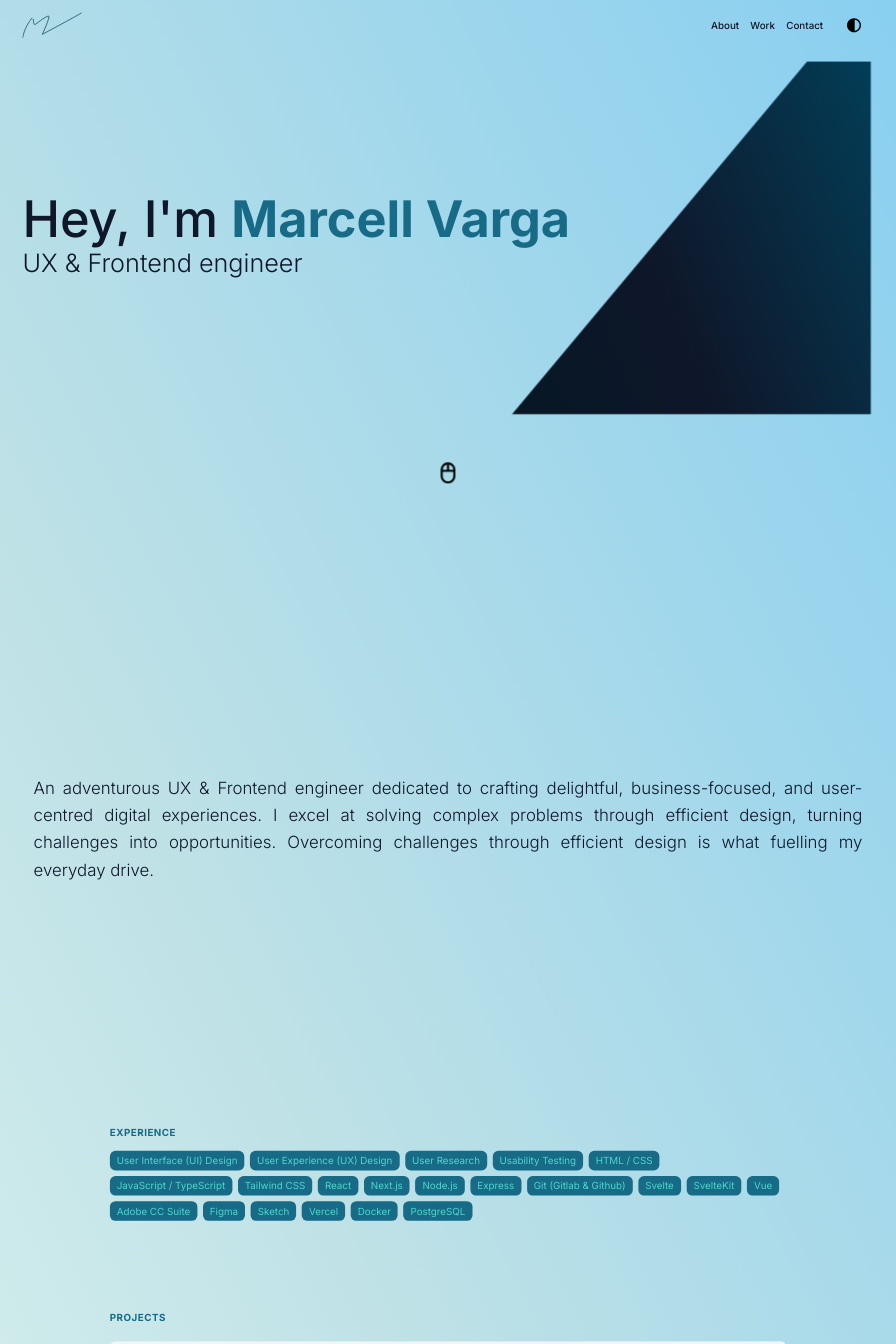
Repository: TheMarcellVarga/personal-portfolio-v.2
Page: /
These files come from the project's save history. The page is drawn as it stood at one moment and after a run of saves; the edit follows.
The browser window is 1280 px wide. The pictures show the part of the page from y = 0 to 1920 px (the page is 4294 px tall), at 70% of full size.
The project was rebuilt for these pictures with package versions that can differ from the ones it lists, and the page was loaded fresh each time. The framework's server and built-in components were replaced by stand-ins that run in the browser. Also part of the build but not shown: next.config.mjs.

Above is the page before, as saved 2024-07-19 00:34:51.

After the next 3 saves:
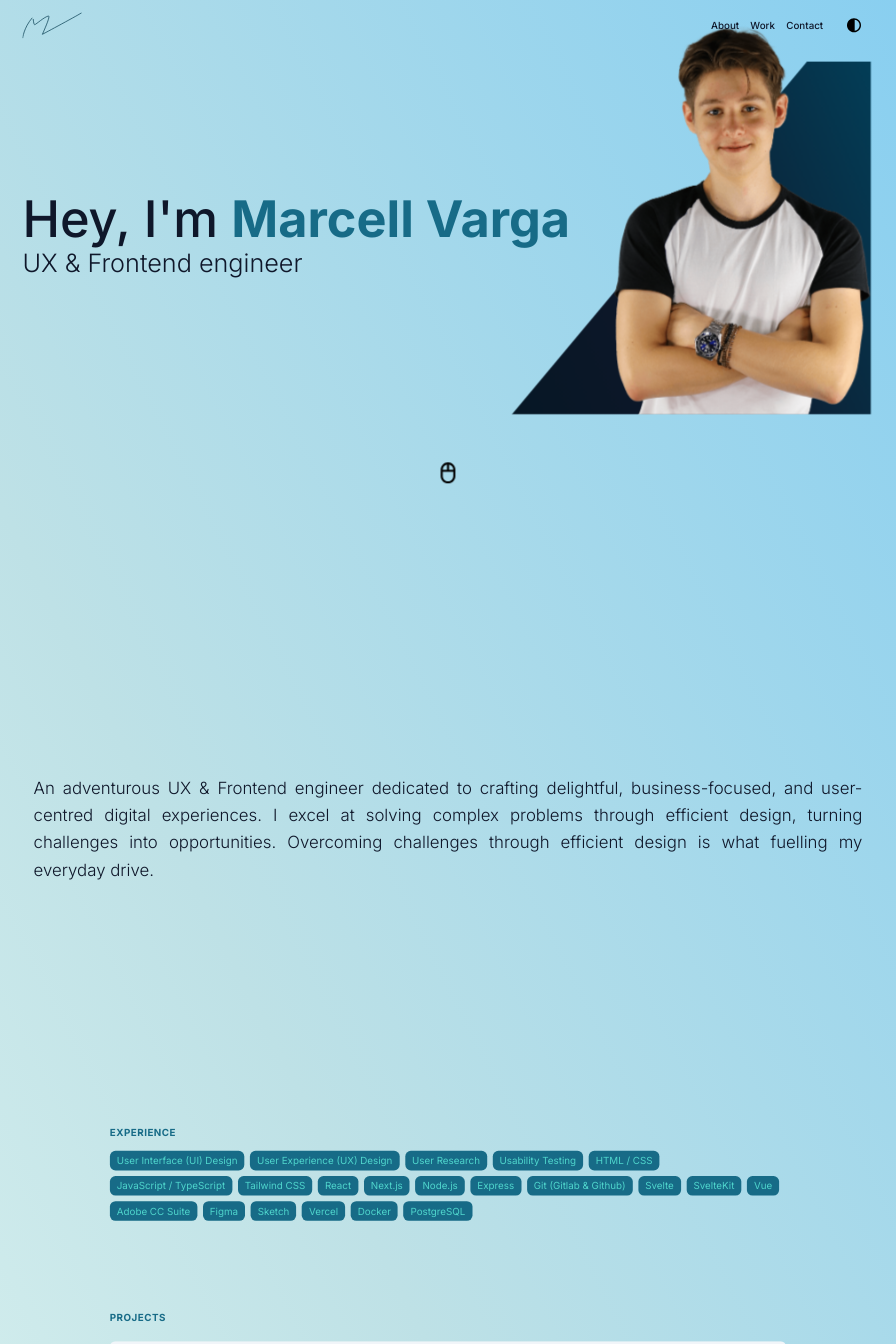
The 3 saves are shown as one change because they came seconds apart.
The last was saved 6 s later.
--- a/app/page.tsx
+++ b/app/page.tsx
@@ -292,14 +292,14 @@ export default function Page() {
               </svg>
             </div>
             <div className="absolute w-96 bottom-0 right-0 transform z-10">
-              {/* <Image
+              <Image
                 src="/images/personalpageprofilealt.png"
                 alt="Profile Picture"
                 layout="responsive"
                 width={300}
                 height={300}
                 objectFit="cover"
-              /> */}
+              />
             </div>
           </div>{" "}
         </div>
